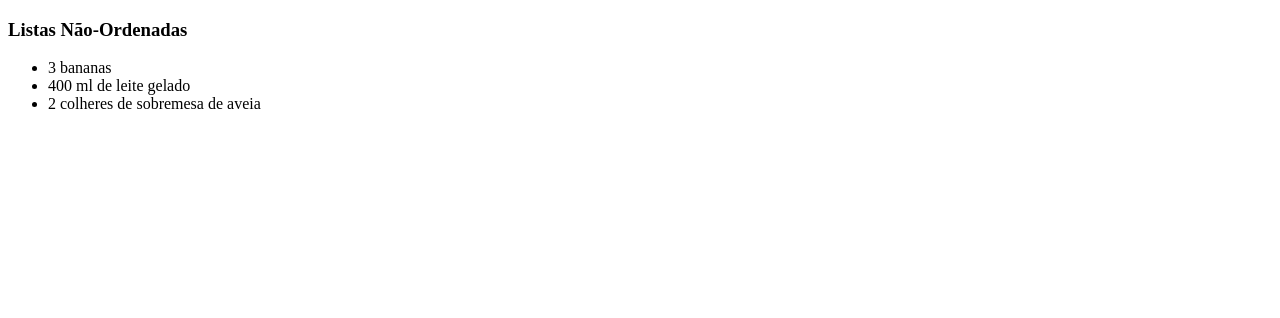
Repository: BellaXavier/DCC121_22
Page: index.html
The author's editor kept a copy of each file at every save. The page is drawn from the files as they stood at one save, then again after the next save.
The browser window is 1280 px wide. The pictures show the whole page.

Above is the page before, as saved 2022-05-15 21:14:13.

### index.html
<!DOCTYPE html>
<html lang="pt-br">
<head>
    <meta charset="UTF-8">
    <title>Aula 04</title>
</head>
<body>
    <h3>Listas Não-Ordenadas</h3>
    <ul>
        <li>3 bananas</li>
        <li>400 ml de leite gelado</li>
        <li>2 colheres de sobremesa de aveia</li>
    </ul>
    <br>

</body>
</html>

After the next save:
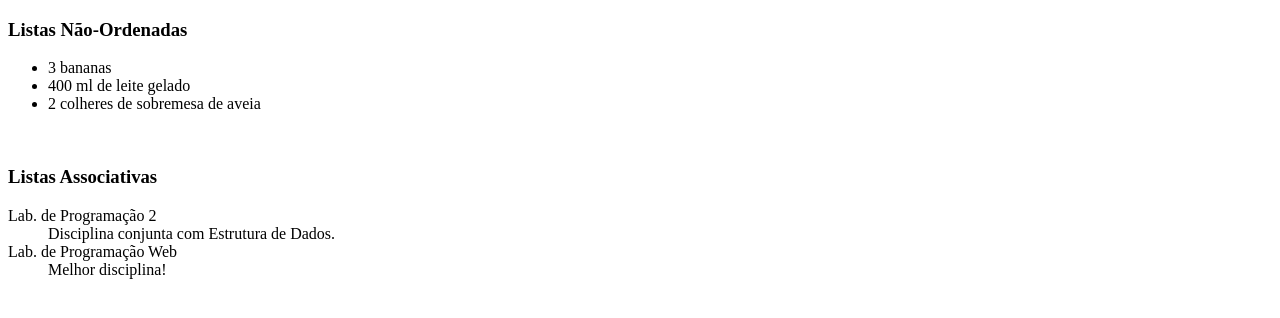
Saved 5 min 58 s later.
--- a/index.html
+++ b/index.html
@@ -12,6 +12,13 @@
         <li>2 colheres de sobremesa de aveia</li>
     </ul>
     <br>
+    <h3>Listas Associativas</h3>
+    <dl>
+        <dt>Lab. de Programação 2</dt>
+            <dd>Disciplina conjunta com Estrutura de Dados.</dd>
+        <dt>Lab. de Programação Web</dt>
+            <dd>Melhor disciplina!</dd>
+    </dl>
 
 </body>
 </html>
